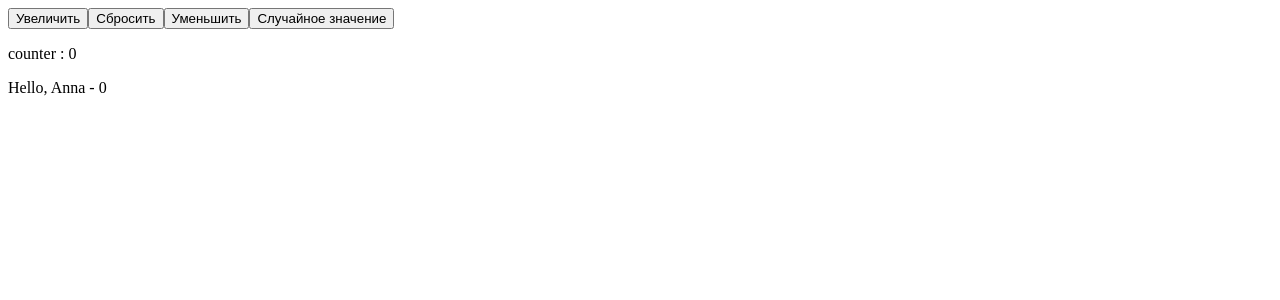
Repository: savannaaaas/todoUseState
Page: /
These files come from the project's save history. The page is drawn as it stood at one moment and after the next save; the edit follows.
The browser window is 1280 px wide. The pictures show the whole page.
The project was rebuilt for these pictures with package versions that can differ from the ones it lists, and the page was loaded fresh each time. Also part of the build but not shown: vite.config.js.

Above is the page before, as saved 2025-04-22 20:33:11.

After the next save:
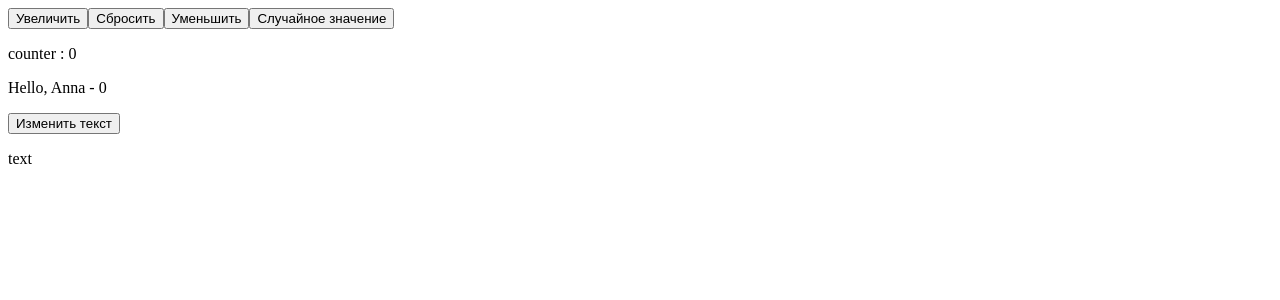
Saved 11 s later.
--- a/src/ParentComponent.jsx
+++ b/src/ParentComponent.jsx
@@ -23,6 +23,7 @@
             <button onClick = {randomCount}>Случайное значение</button>
             <p>counter : {counter}</p>
             <ChildComponent name = "Anna" count = {counter}/>
+            <SiblingComponent/>
         </div>
 
     )
